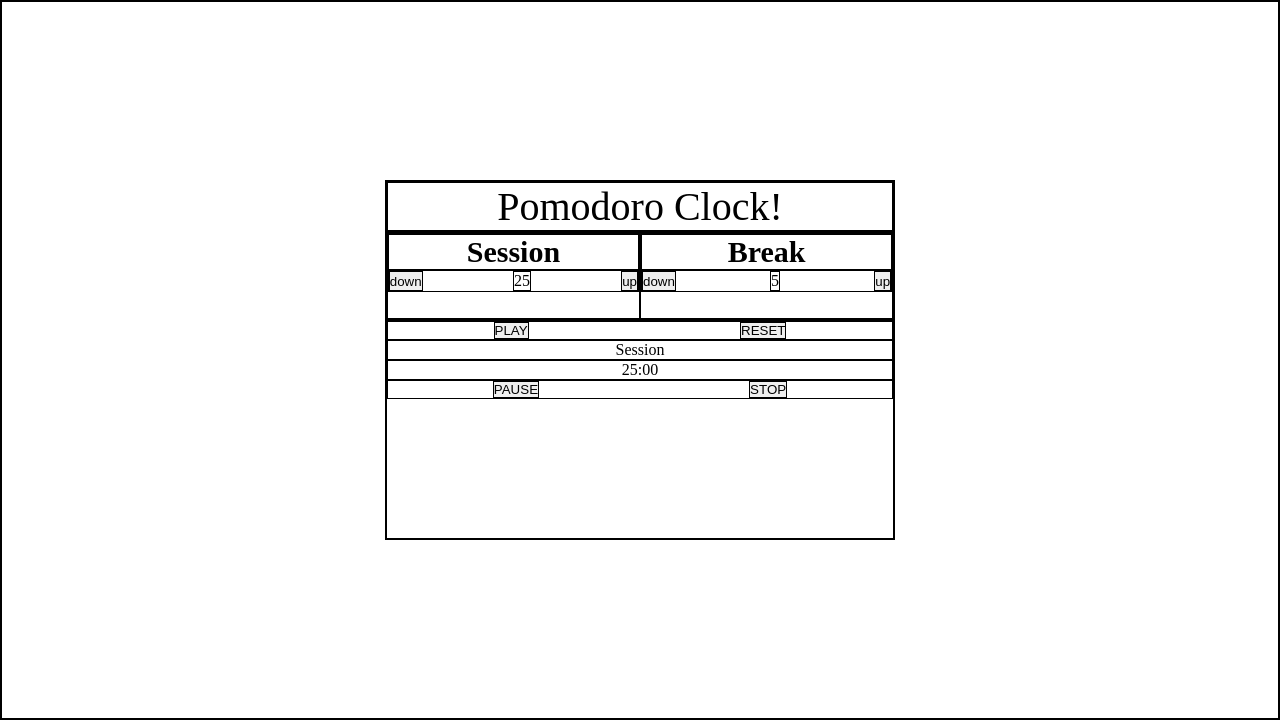
Repository: mcostigliola/pomodoroTimer
Page: index.html
The author's editor kept a copy of each file at every save. The page is drawn from the files as they stood at one save, then again after the next save.
The browser window is 1280 px wide. The pictures show the whole page.

Above is the page before, as saved 2020-06-07 11:27:24.

### index.html
<!DOCTYPE html>
<html>
<head>
  <meta charset='utf-8'>
  <meta http-equiv='X-UA-Compatible' content='IE=edge'>
  <title>Page Title</title>
  <meta name='viewport' content='width=device-width, initial-scale=1'>
  <link rel='stylesheet' type='text/css' media='screen' href='main.css'>
</head>
<body>
  <div id="main-container">
    <div id="title-watch">
      <p>Pomodoro Clock!</p>
    </div>

    <div id="session-container">
      <div class="timer-configurator">
        <h3 class="cnfg-name">Session</h3>
        <div class="cnfg-controller">
          <button id="session-down" class="arrow-btn arrow-down">
            down
          </button>
          <div id="session-minute" class="config-minute"></div>
          <button id="session-up" class="arrow-btn arrow-up">
            up
          </button>
        </div>
      </div>
      <div class="timer-configurator">
        <h3 class="cnfg-name">Break</h3>
        <div class="cnfg-controller">
          <button id="break-down" class="arrow-btn arrow-down">
            down
          </button>
          <div id="break-minute" class="config-minute"></div>
          <button id="break-up" class="arrow-btn arrow-up">
            up
          </button>
        </div>
      </div>
    </div>

    <div id="timer-container">
       <div class="btn-container">
         <button id="btn-play">PLAY</button>
         <button id="btn-reset">RESET</button>
       </div>

       <p id="status">Session</p>
       <p id="timer">25:00</p>
       <div class="btn-container">
         <button id="btn-pause">PAUSE</button>
         <button id="btn-stop">STOP</button>
       </div>

    </div>
  </div>

  <script src='main.js'></script>
</body>
</html>

### main.css
*{
    border: 1px solid black;
    box-sizing: border-box;
    margin:0;
    padding:0;
}

html{
    height: 100%;
}

body{
    display: flex;
    flex-flow: column;
    height: 100%;
}

button{

}

#main-container{
    display: flex;
    flex-flow: column;
    height: 50vh;
    justify-content: space-between;
    margin: auto;
    width: 40%;
}

#session-container{
    display: flex;
    height: 30%;
}

#timer-container{
    height: 75%;
}

#timer-container p{
    display:flex;
    flex-flow: column;
    text-align: center;
}

#title-watch{
    align-items: center;
    display: flex;
    height: 15%;
    text-align: center;
}

#title-watch p{
    flex-grow: 1;
    font-size: 40px;
}

.btn-container{
    display: flex;
    justify-content: space-around;
}

.cnfg-controller{
    display: flex;
    justify-content: space-between;
}

.cnfg-name{
    font-size: 30px;
}


.timer-configurator{
    display: flex;
    flex-flow: column;
    width: 50%;
}

.timer-configurator h3{
    text-align: center;
}

### main.js
const MAX_CNFG_VALUE = 99;
const DEFMINUTES = 25;
const DEFBREAK = 5;
let configSessionMinutes = DEFMINUTES;
let configBreakMinutes = DEFBREAK;
let timerMinutes = configSessionMinutes;
let timerSeconds = 0;
let intervalId;
let isPaused = true;
let isOnBreak = false;
let sessionP = document.getElementById('status');
document.getElementById('session-minute').innerText = configSessionMinutes.toString();
document.getElementById('break-minute').innerText = configBreakMinutes.toString();

let arrowBtns = Array.from(document.querySelectorAll('.arrow-btn'));
arrowBtns.forEach(btn => btn.addEventListener('click', pressArrow));

document.getElementById('btn-play').addEventListener('click', pressPlay);
document.getElementById('btn-pause').addEventListener('click', pressPause);
document.getElementById('btn-stop').addEventListener('click', pressStop);
document.getElementById('btn-reset').addEventListener('click', resetButton);

function pressArrow(e){
  const buttonId = e.target.id;
  changeConfigMinutes(buttonId);
  alignConfigWithDisplay(buttonId);
}

function alignConfigWithDisplay(buttonId){
  if(buttonId.includes('break')){
    updateDisplay();
    if(isPaused && isOnBreak){
      timerMinutes = configBreakMinutes;
      updateDisplay();
    }
  }else{
    updateDisplay();
    if(isPaused && !isOnBreak){
      timerMinutes = configSessionMinutes;
      updateDisplay();
    }
  }
}

function changeConfigMinutes(buttonId){
  switch(buttonId){
    case "session-up":
      if(configSessionMinutes < MAX_CNFG_VALUE) configSessionMinutes++;
      break;
    case "session-down":
      if(configSessionMinutes > 0) configSessionMinutes--;
      break;
    case "break-up":
      if(configBreakMinutes < MAX_CNFG_VALUE) configBreakMinutes++;
      break;
    case "break-down":
      if(configBreakMinutes > 0) configBreakMinutes--;
      break;
  }
}

function updateDisplay(){
  updateTimerText();
  udpateConfigText();
}

function updateTimerText(){
  let timer = '';
  timerMinutes < 10 ? timer = `0${timerMinutes}`: timer = timerMinutes;
  timerSeconds < 10 ? timer += `:0${timerSeconds}`: timer += `:${timerSeconds}`;
  document.getElementById('timer').innerText = timer;
}

function udpateConfigText(){
  document.getElementById('break-minute').innerText = configBreakMinutes.toString();
  document.getElementById('session-minute').innerText = configSessionMinutes.toString();
}

function countdown(){
   intervalId = setInterval(() => {
    if(isPaused === true){
      clearInterval(intervalId);
      return;
    }
    if (timerSeconds > 0){
          timerSeconds--;
          updateDisplay();
    }else{
      if (timerMinutes > 0){
        timerMinutes--;
        timerSeconds = 59;
        updateDisplay();
      } else {
        isPaused = true;
        switchStatus();
      }
    }
   }, 1000);
}

function pressPlay(){
  if (isPaused){
    countdown();
    isPaused = false;
  }
}

function pressPause(){
  if(!isPaused) isPaused = true;
}

function pressStop(){
  timerSeconds = 0;
  isPaused = true;
  if(isOnBreak){
    sessionP.innerText = "Break";
    timerMinutes = configBreakMinutes;
  }else{
    sessionP.innerText = "Session";
    timerMinutes = configSessionMinutes;
  }
  updateDisplay();
}

function resetButton(){
  configSessionMinutes = DEFMINUTES;
  configBreakMinutes = DEFBREAK;
  isPaused = true;
  isOnBreak = false;
  timerMinutes = configSessionMinutes;
  timerSeconds = 0;
  sessionP.innerText = "Session";
  updateDisplay();
}

function switchStatus(){
  clearInterval(intervalId);
  isOnBreak = !isOnBreak;
  if(isOnBreak){
    timerMinutes = configBreakMinutes;
    sessionP.innerText = "Break";
  } else {
    timerMinutes = configSessionMinutes;
    sessionP.innerText = "Session";
  }
  isPaused = true;
  updateDisplay();
}

After the next save:
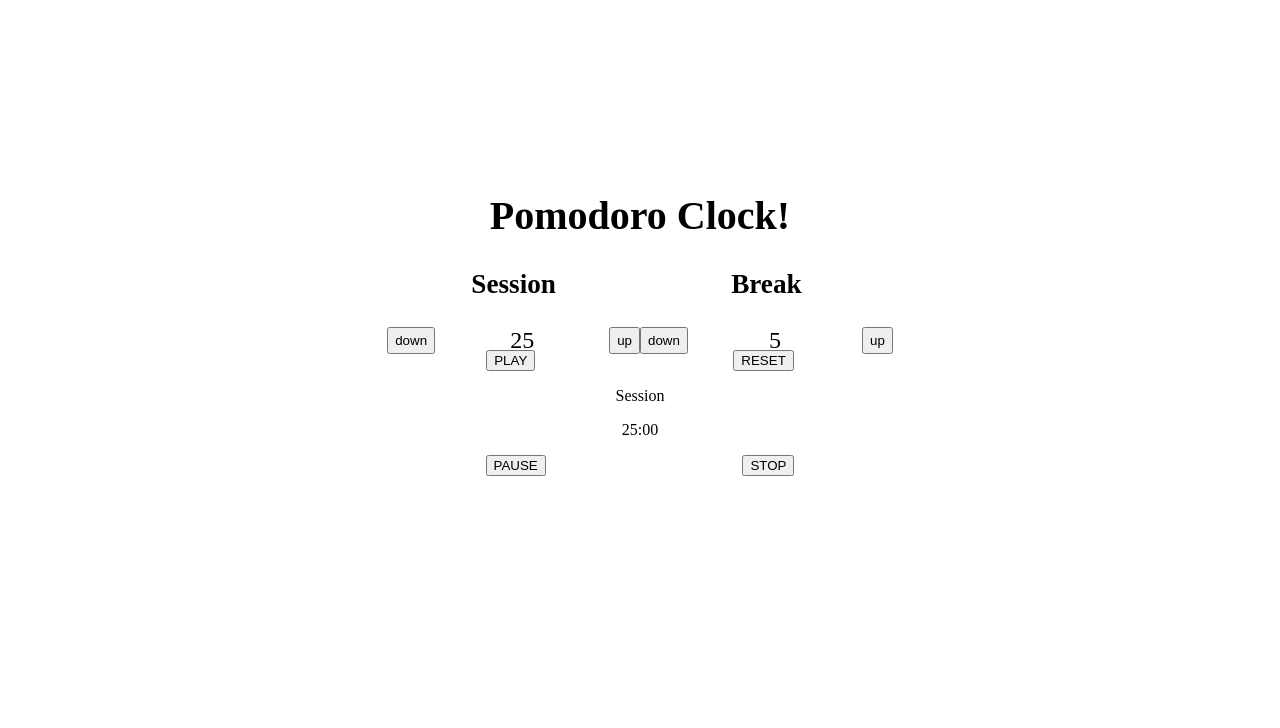
Saved 28 s later.
--- a/main.css
+++ b/main.css
@@ -1,9 +1,9 @@
-*{
+/* *{
     border: 1px solid black;
     box-sizing: border-box;
     margin:0;
     padding:0;
-}
+} */
 
 html{
     height: 100%;
@@ -53,6 +53,7 @@ button{
 #title-watch p{
     flex-grow: 1;
     font-size: 40px;
+    font-weight: bold;
 }
 
 .btn-container{
@@ -62,11 +63,16 @@ button{
 
 .cnfg-controller{
     display: flex;
+    flex-grow: 1;
     justify-content: space-between;
 }
 
 .cnfg-name{
-    font-size: 30px;
+    font-size: 1.7rem;
+}
+
+.config-minute{
+    font-size: 1.5rem;
 }
 
 
